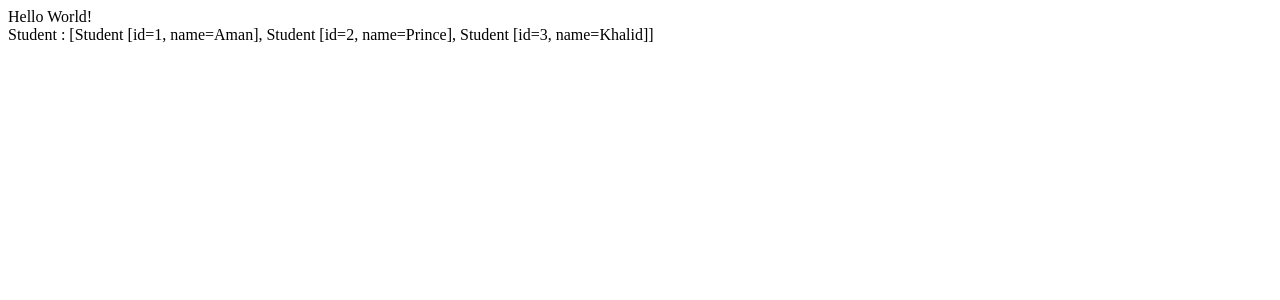
Repository: md-aman-git/Java-Repo-Epam
Page: http://localhost/JSTLDemo/DemoJstl
An editor plug-in stored every save of this project. The page is shown before and after the next save, followed by the edit.
The browser window is 1280 px wide. The pictures show the whole page.
The page is served by Tomcat 9.

Above is the page before, as saved 2022-03-07 16:22:58.

### JspServlet/JSTLDemo/src/main/webapp/display.jsp
<%@ page language="java" contentType="text/html; charset=ISO-8859-1"
    pageEncoding="ISO-8859-1"%>
<!DOCTYPE html>
<html>
<head>
<meta charset="ISO-8859-1">
<title>Insert title here</title>
</head>
<body>
	Hello World! <br>
	<div>Student : ${students}</div>
</body>
</html>

### JspServlet/JSTLDemo/src/main/java/com/epam/jstldemo/MyServlet.java
package com.epam.jstldemo;

import java.io.IOException;
import java.util.Arrays;
import java.util.List;

import javax.servlet.RequestDispatcher;
import javax.servlet.ServletException;
import javax.servlet.annotation.WebServlet;
import javax.servlet.http.HttpServlet;
import javax.servlet.http.HttpServletRequest;
import javax.servlet.http.HttpServletResponse;

import com.epam.jstldemo.entity.Student;

@WebServlet("/DemoJstl")
public class MyServlet extends HttpServlet {
	public void doGet(HttpServletRequest request, HttpServletResponse response) throws ServletException, IOException {
		//String name = "Aman";
		Student student1 = new Student(1, "Aman");
		Student student2 = new Student(2, "Prince");
		Student student3 = new Student(3, "Khalid");
		List<Student> studs = Arrays.asList(student1, student2, student3);
		request.setAttribute("students", studs);
		RequestDispatcher rd = request.getRequestDispatcher("display.jsp");
		rd.forward(request, response);
	}
}

### JspServlet/JSTLDemo/src/main/java/com/epam/jstldemo/entity/Student.java
package com.epam.jstldemo.entity;

public class Student {
	private int id;
	private String name;

	public Student(int id, String name) {
		this.id = id;
		this.name = name;
	}
	public int getId() {
		return id;
	}
	public void setId(int id) {
		this.id = id;
	}
	public String getName() {
		return name;
	}
	public void setName(String name) {
		this.name = name;
	}
	@Override
	public String toString() {
		return "Student [id=" + id + ", name=" + name + "]";
	}

}

After the next save:
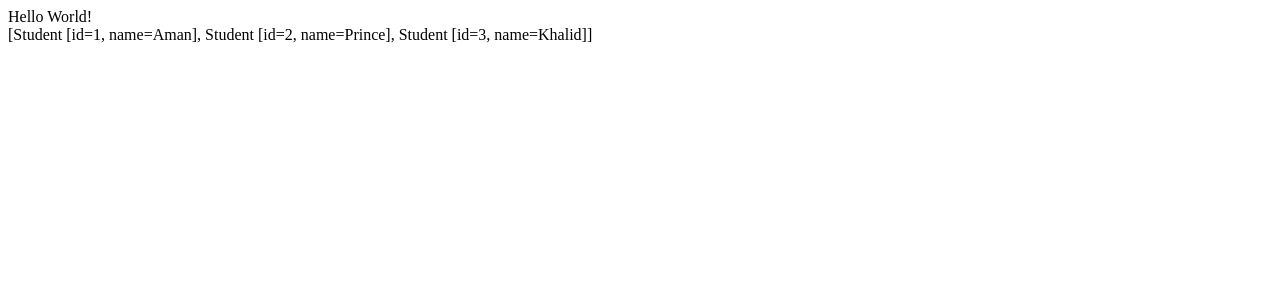
Saved 11 s later.
--- a/JspServlet/JSTLDemo/src/main/webapp/display.jsp
+++ b/JspServlet/JSTLDemo/src/main/webapp/display.jsp
@@ -8,6 +8,6 @@
 </head>
 <body>
 	Hello World! <br>
-	<div>Student : ${students}</div>
+	<div>${students}</div>
 </body>
 </html>
